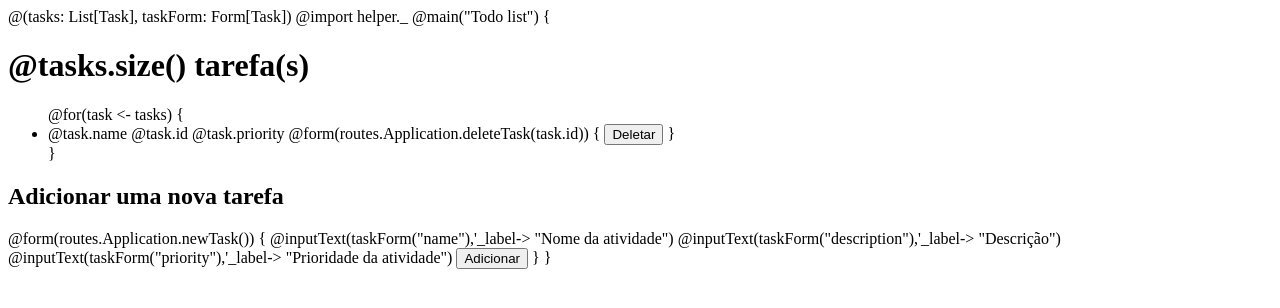
Repository: analuizamtg/si1
Page: lab2/todolist/.target/views/index.scala.html
The author's editor kept a copy of each file at every save. The page is drawn from the files as they stood at one save, then again after the next save.
The browser window is 1280 px wide. The pictures show the whole page.

Above is the page before, as saved 2013-11-25 16:56:25.

After the next save:
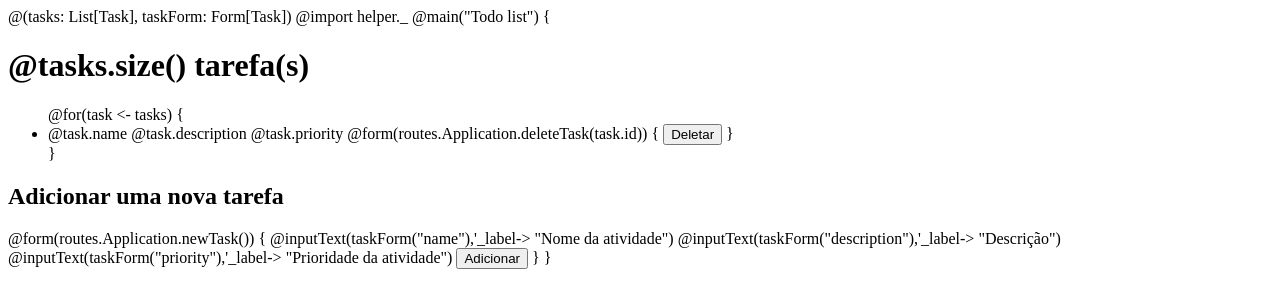
Saved 70 s later.
--- a/lab2/todolist/.target/views/index.scala.html
+++ b/lab2/todolist/.target/views/index.scala.html
@@ -10,7 +10,7 @@
         @for(task <- tasks) {
             <li>
                 @task.name
-                @task.id
+                @task.description
                 @task.priority
 
 
